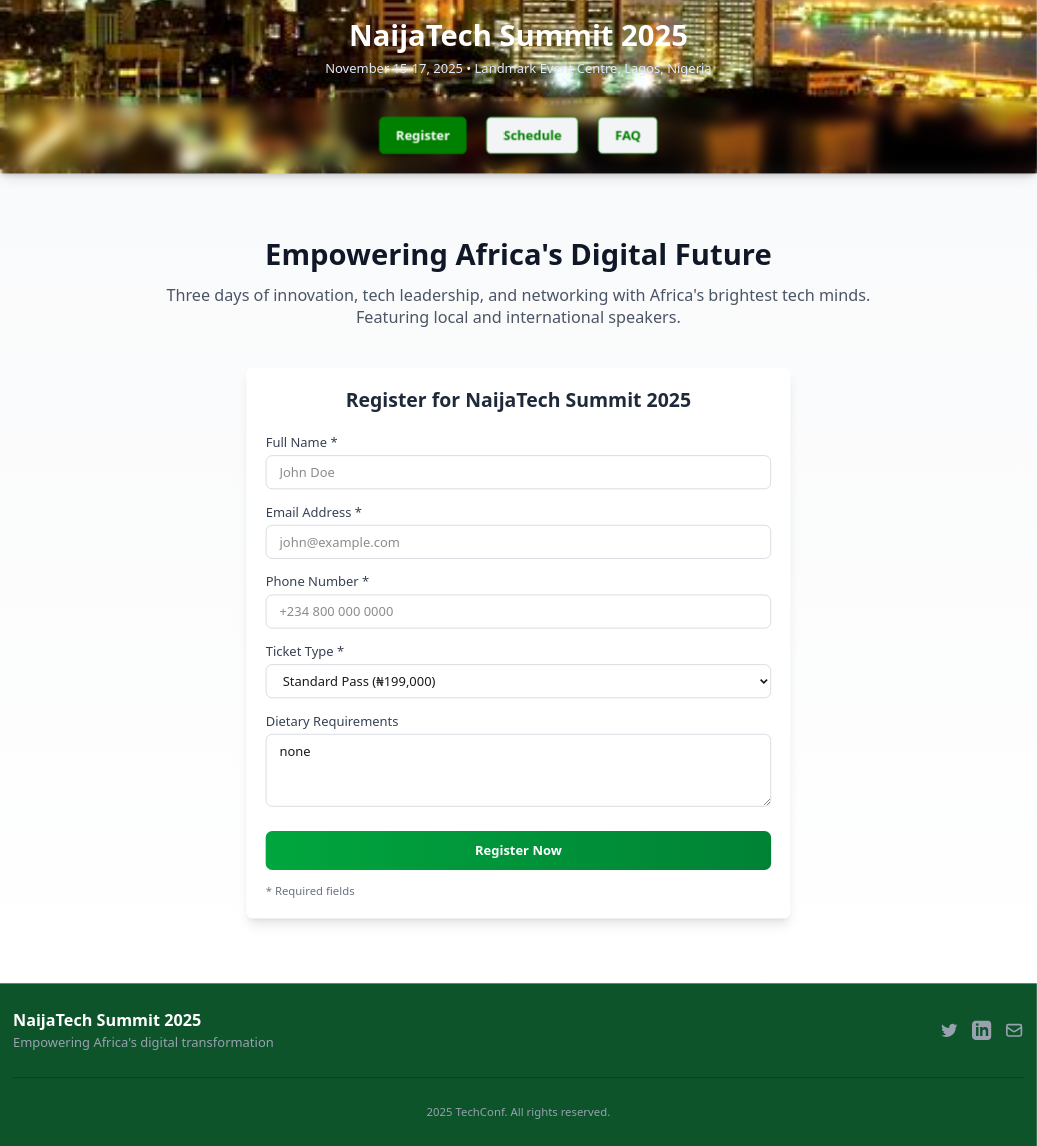
Repository: AYANO-EMMANUEL/fictional-tech-conf-event
Page: /
The author's editor kept a copy of each file at every save. The page is drawn from the files as they stood at one save, then again after the next save.
The browser window is 1280 px wide. The pictures show the whole page, at 81% of full size.
The project was rebuilt for these pictures with package versions that can differ from the ones it lists, and the page was loaded fresh each time. Also part of the build but not shown: vite.config.ts, src/components/Schedule/Schedule.tsx, src/components/FAQ/FAQ.tsx.

Above is the page before, as saved 2025-08-06 14:18:24.

After the next save:
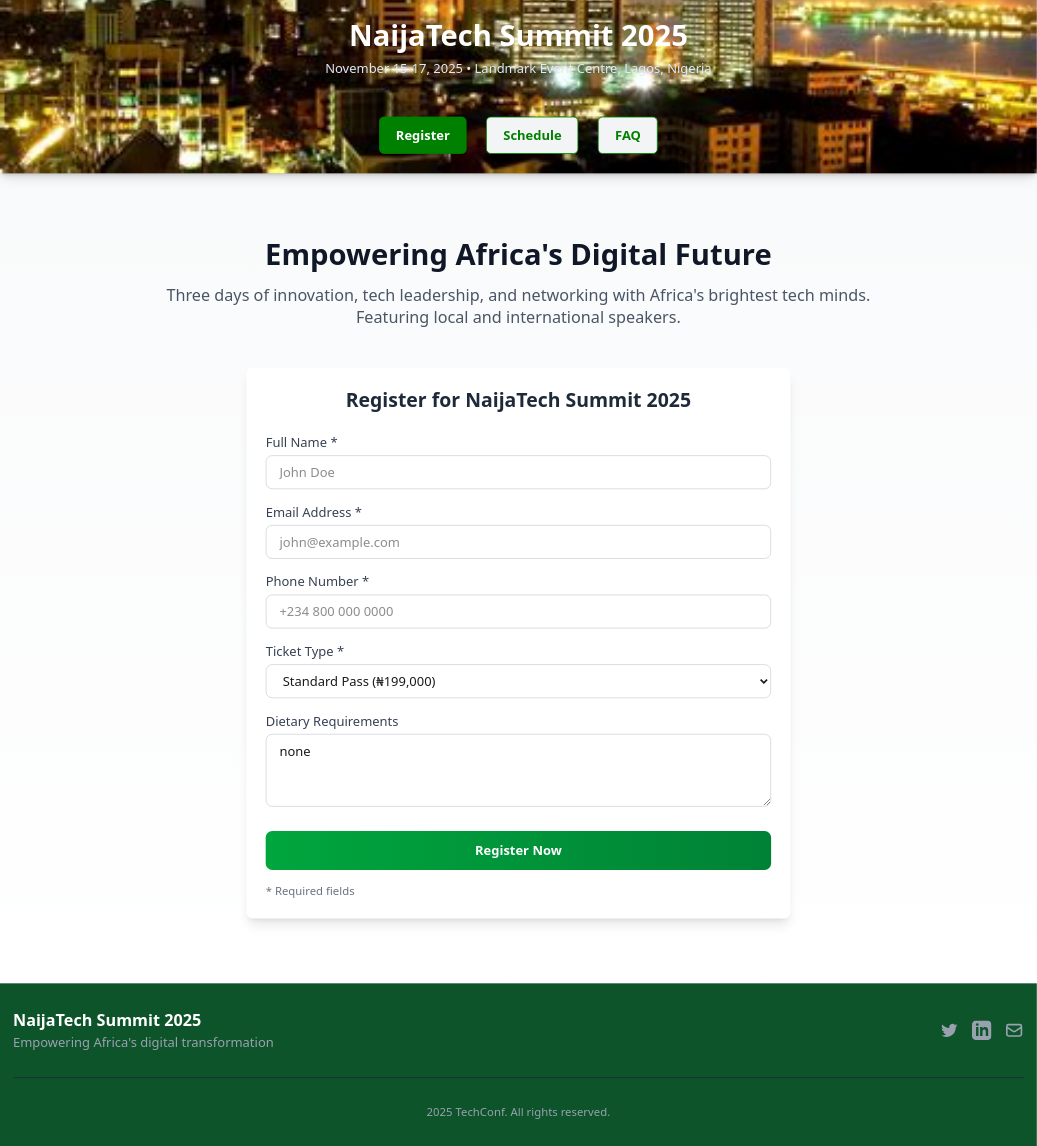
Saved 66 s later.
--- a/src/App.tsx
+++ b/src/App.tsx
@@ -17,7 +17,7 @@ function App() {
         </div>
 
         {/* Navigation */}
-        <nav className="bg-nigeria-green/90 backdrop-blur-sm shadow-md">
+        <nav className="bg-nigeria-green/90 shadow-md">
           <div className="container mx-auto px-4">
             <div className="flex flex-col justify-center sm:flex-row space-y-2 sm:space-y-0 sm:space-x-6 py-6">
               <button
